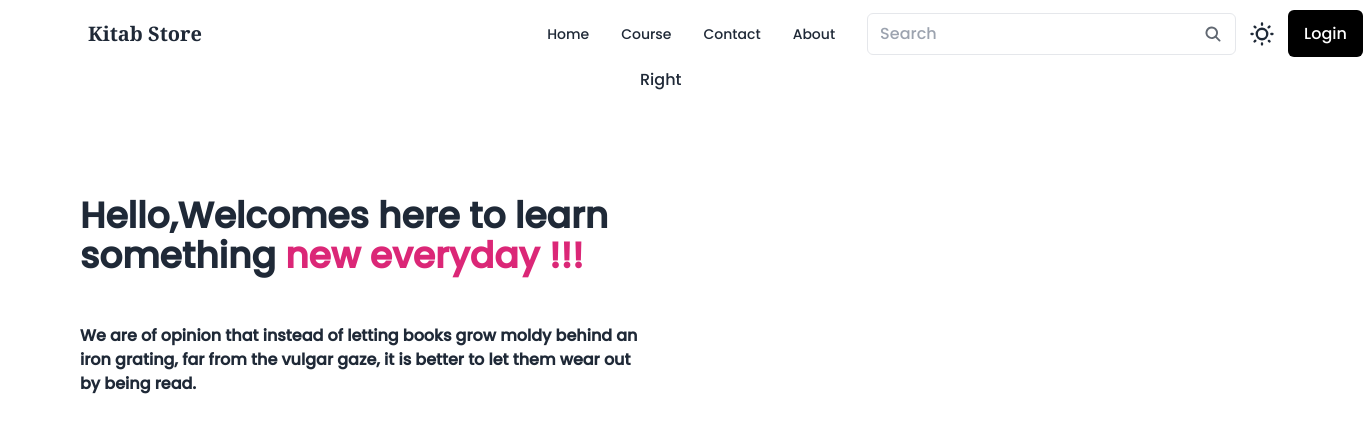
Repository: diensy/Kitab.com
Page: / (app in Frontend/)
The author's editor kept a copy of each file at every save. The page is drawn from the files as they stood at one save, then again after a run of saves.
The browser window is 1280 px wide. The page is 1363 px wide, so the pictures cover 1363 px, including what lies to the right of the window. The pictures show the whole page.
The project was rebuilt for these pictures with package versions that can differ from the ones it lists, and the page was loaded fresh each time. Also part of the build but not shown: Frontend/vite.config.js.

Above is the page before, as saved 2024-07-28 23:29:12.

### Frontend/src/App.jsx
import React from 'react'
import Navbar from './Components/Navbar'
import Banners from './Components/Banner'
const App = () => {
  return (
    <>
    <Navbar/>
    <Banners/>
    </>
  )
}

export default App

### Frontend/src/index.css
@import url("https://fonts.googleapis.com/css2?family=Fredoka:wght@300..700&family=Montserrat:ital,wght@0,100..900;1,100..900&family=Poppins:wght@500&display=swap");
@tailwind base;
@tailwind components;
@tailwind utilities;

body {
  font-family: "Poppins", sans-serif;
}

### Frontend/src/Components/Navbar.jsx
import React from "react";

const Navbar = () => {
  const navItems = (
    <>
      <li>
        <a>Home</a>
      </li>
      <li>
        <a>Course</a>
      </li>
      <li>
        <a>Contact</a>
      </li>
      <li>
        <a>About</a>
      </li>
    </>
  );
  return (
    <>
      <div className="max-w-screen-2xl container mx-auto md:px-20 px-4">
        <div className="navbar bg-base-100">
          <div className="navbar-start">
            <div className="dropdown">
              <div
                tabIndex={0}
                role="button"
                className="btn btn-ghost lg:hidden"
              >
                <svg
                  xmlns="http://www.w3.org/2000/svg"
                  className="h-5 w-5"
                  fill="none"
                  viewBox="0 0 24 24"
                  stroke="currentColor"
                >
                  <path
                    strokeLinecap="round"
                    strokeLinejoin="round"
                    strokeWidth="2"
                    d="M4 6h16M4 12h8m-8 6h16"
                  />
                </svg>
              </div>
              <ul
                tabIndex={0}
                className="menu menu-sm dropdown-content bg-base-100 rounded-box z-[1] mt-3 w-52 p-2 shadow"
              >
                {navItems}
              </ul>
            </div>
            <a className="text-xl font-bold cursor-pointer font-serif">
              Kitab Store
            </a>
          </div>
          <div className="nav-end space-x-3">
            <div className="navbar-center hidden lg:flex ">
              <ul className="menu menu-horizontal px-1">{navItems}</ul>
            </div>
            <div className="hidden md:block">
              <label className="flex items-center gap-2 border outline-none px-3 py-2 rounded-md">
                <input type="text" className="grow" placeholder="Search" />
                <svg
                  xmlns="http://www.w3.org/2000/svg"
                  viewBox="0 0 16 16"
                  fill="currentColor"
                  className="h-5 w-5 opacity-70"
                >
                  <path
                    fillRule="evenodd"
                    d="M9.965 11.026a5 5 0 1 1 1.06-1.06l2.755 2.754a.75.75 0 1 1-1.06 1.06l-2.755-2.754ZM10.5 7a3.5 3.5 0 1 1-7 0 3.5 3.5 0 0 1 7 0Z"
                    clipRule="evenodd"
                  />
                </svg>
              </label>
            </div>
            <label className="swap swap-rotate">
              {/* this hidden checkbox controls the state */}
              <input
                type="checkbox"
                className="theme-controller"
                value="synthwave"
              />

              {/* sun icon */}
              <svg
                className="swap-off h-7 w-7 fill-current"
                xmlns="http://www.w3.org/2000/svg"
                viewBox="0 0 24 24"
              >
                <path d="M5.64,17l-.71.71a1,1,0,0,0,0,1.41,1,1,0,0,0,1.41,0l.71-.71A1,1,0,0,0,5.64,17ZM5,12a1,1,0,0,0-1-1H3a1,1,0,0,0,0,2H4A1,1,0,0,0,5,12Zm7-7a1,1,0,0,0,1-1V3a1,1,0,0,0-2,0V4A1,1,0,0,0,12,5ZM5.64,7.05a1,1,0,0,0,.7.29,1,1,0,0,0,.71-.29,1,1,0,0,0,0-1.41l-.71-.71A1,1,0,0,0,4.93,6.34Zm12,.29a1,1,0,0,0,.7-.29l.71-.71a1,1,0,1,0-1.41-1.41L17,5.64a1,1,0,0,0,0,1.41A1,1,0,0,0,17.66,7.34ZM21,11H20a1,1,0,0,0,0,2h1a1,1,0,0,0,0-2Zm-9,8a1,1,0,0,0-1,1v1a1,1,0,0,0,2,0V20A1,1,0,0,0,12,19ZM18.36,17A1,1,0,0,0,17,18.36l.71.71a1,1,0,0,0,1.41,0,1,1,0,0,0,0-1.41ZM12,6.5A5.5,5.5,0,1,0,17.5,12,5.51,5.51,0,0,0,12,6.5Zm0,9A3.5,3.5,0,1,1,15.5,12,3.5,3.5,0,0,1,12,15.5Z" />
              </svg>

              {/* moon icon */}
              <svg
                className="swap-on h-7 w-7 fill-current"
                xmlns="http://www.w3.org/2000/svg"
                viewBox="0 0 24 24"
              >
                <path d="M21.64,13a1,1,0,0,0-1.05-.14,8.05,8.05,0,0,1-3.37.73A8.15,8.15,0,0,1,9.08,5.49a8.59,8.59,0,0,1,.25-2A1,1,0,0,0,8,2.36,10.14,10.14,0,1,0,22,14.05,1,1,0,0,0,21.64,13Zm-9.5,6.69A8.14,8.14,0,0,1,7.08,5.22v.27A10.15,10.15,0,0,0,17.22,15.63a9.79,9.79,0,0,0,2.1-.22A8.11,8.11,0,0,1,12.14,19.73Z" />
              </svg>
            </label>
            <div className="">
              <a className="bg-black text-white px-4 py-3 rounded-md hover:bg-slate-800 duration-300 cursor-pointer">
                Login
              </a>
            </div>
          </div>
        </div>
      </div>
    </>
  );
};

export default Navbar;

### Frontend/src/Components/Banner.jsx
import React from "react";

const Banner = () => {
  return (
    <>
      <div className="max-w-screen-2xl container mx-auto md:px-20 px-4 flex flex-col md:flex-row">
        <div className="w-full md:w-1/2 mt-12 md:mt-32">
          <div className="space-y-12">
            <h1 className="text-4xl font-bold">
              Hello,Welcomes here to learn something
              <span className="text-pink-600 "> new everyday !!!</span>
            </h1>
            <p className="font-semibold">
              We are of opinion that instead of letting books grow moldy behind
              an iron grating, far from the vulgar gaze, it is better to let
              them wear out by being read.
            </p>
          </div>
        </div>
        <div className="w-full md:w-1/2">Right</div>
      </div>
    </>
  );
};

export default Banner;

Loaded but not shown: Frontend/index.html (common file); Frontend/src/main.jsx (common file); Frontend/tailwind.config.js (common file)

After the next 5 saves:
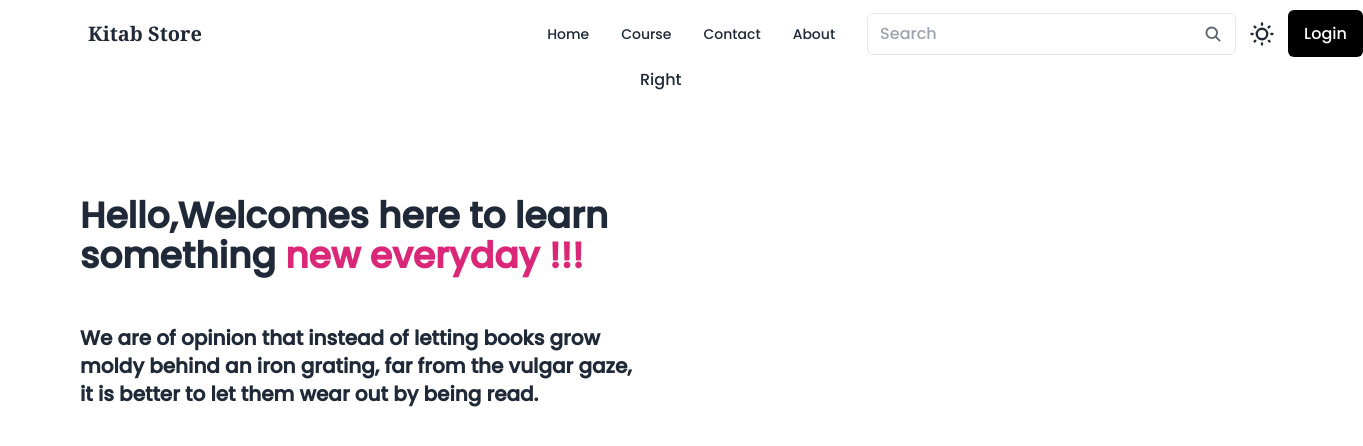
The 5 saves are shown as one change because they came seconds apart.
The last was saved 70 s later.
--- a/Frontend/src/Components/Banner.jsx
+++ b/Frontend/src/Components/Banner.jsx
@@ -10,7 +10,7 @@ const Banner = () => {
               Hello,Welcomes here to learn something
               <span className="text-pink-600 "> new everyday !!!</span>
             </h1>
-            <p className="font-semibold">
+            <p className="font-semibold text-xl">
               We are of opinion that instead of letting books grow moldy behind
               an iron grating, far from the vulgar gaze, it is better to let
               them wear out by being read.
